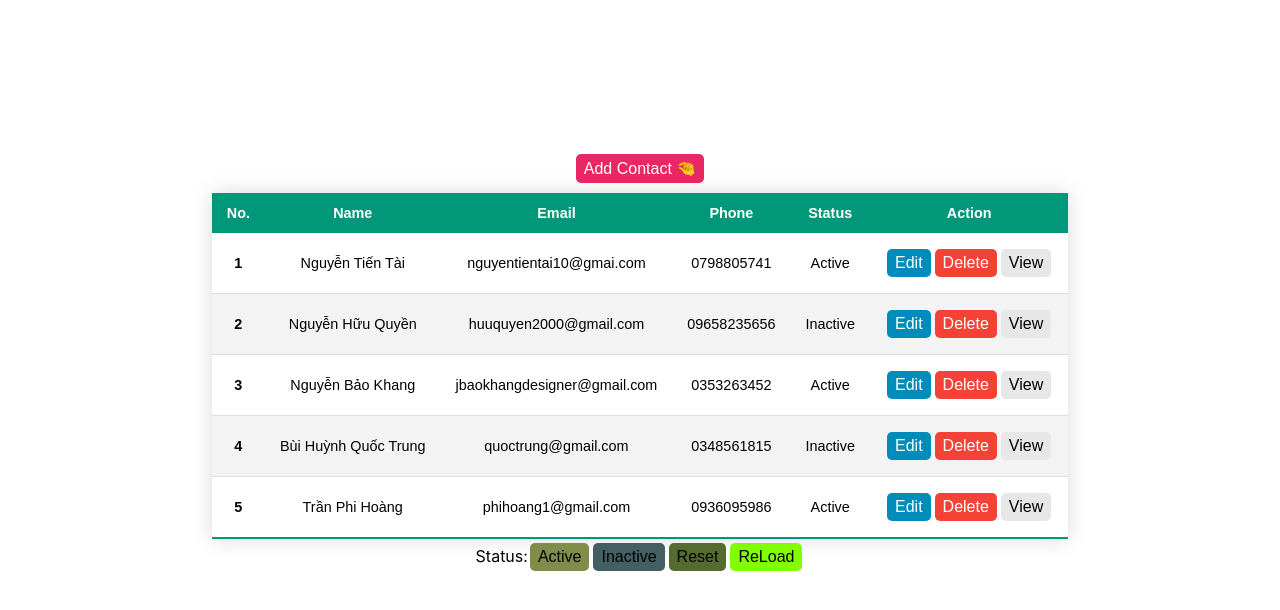
Repository: fdhhhdjd/Redux-Toolkit-CURD-Firebase
Page: /
These files come from the project's save history. The page is drawn as it stood at one moment and after the next save; the edit follows.
The browser window is 1280 px wide. The pictures show the whole page.
The project was rebuilt for these pictures with package versions that can differ from the ones it lists, and the page was loaded fresh each time. Also part of the build but not shown: src/Styles/AddEdit.css, src/Component/AddEdit.js, src/Styles/View.css, src/Component/View.js.

Above is the page before, as saved 2021-10-25 09:03:49.

After the next save:
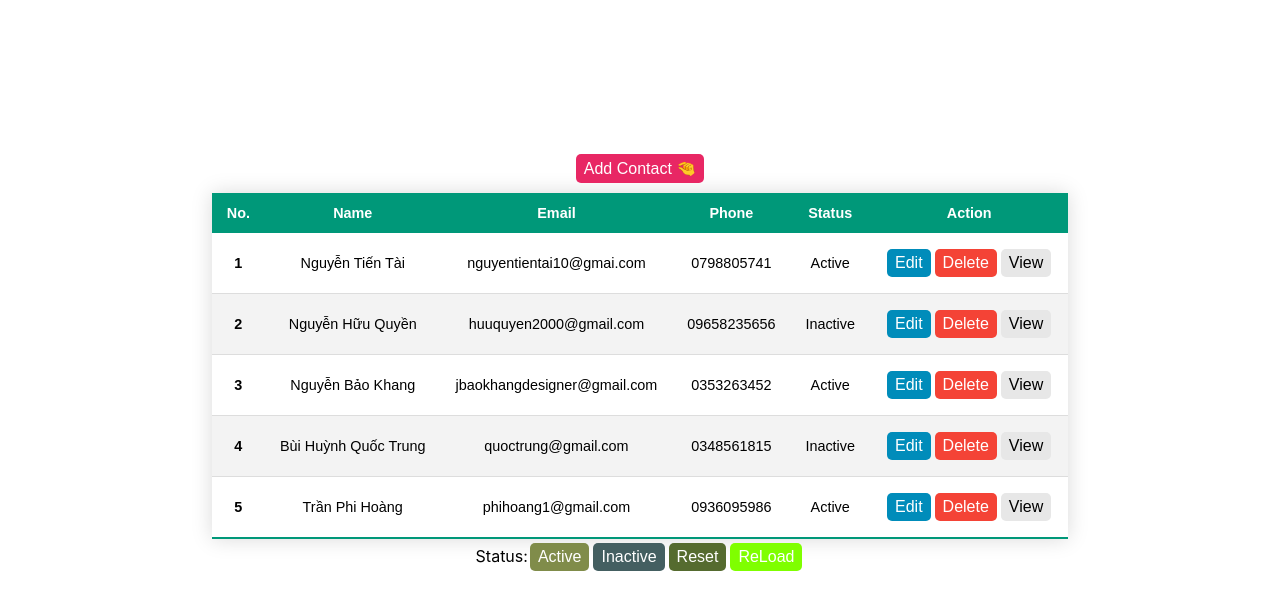
Saved 11 s later.
--- a/src/Styles/Home.css
+++ b/src/Styles/Home.css
@@ -64,19 +64,19 @@
 
   .btn-active {
     background-color: #808c4a;
-    color: black;
+    color: #fff;
   }
 
   .btn-inactive {
     background-color: #445f61;
-    color: black;
+    color: #fff;
   }
 
   .btn-reset {
     background-color: darkolivegreen;
-    color: black;
+    color: #fff;
   }
   .btn-reload{
     background-color: chartreuse;
-    color: black;
+    color: white;
   }
